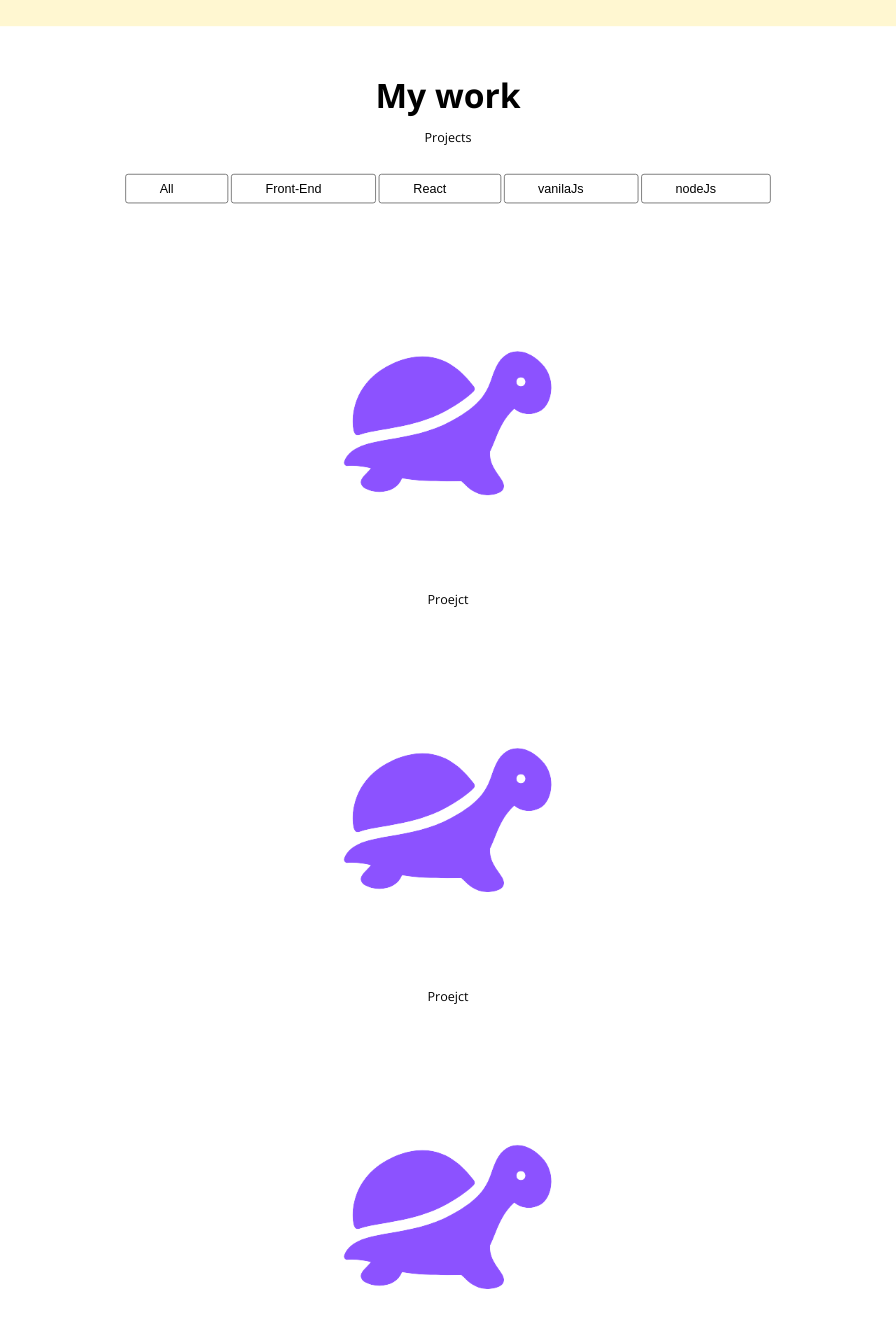
Repository: DevMinwoo-Jung/MinwooPortfolio
Page: index.html
An editor plug-in stored every save of this project. The page is shown before and after the next save, followed by the edit.
The browser window is 1280 px wide. The pictures show the part of the page from y = 4028 to 5948 px (the page is 8073 px tall before and 6939 px after), at 70% of full size.

Above is the page before, as saved 2021-05-31 15:23:52.

After the next save:
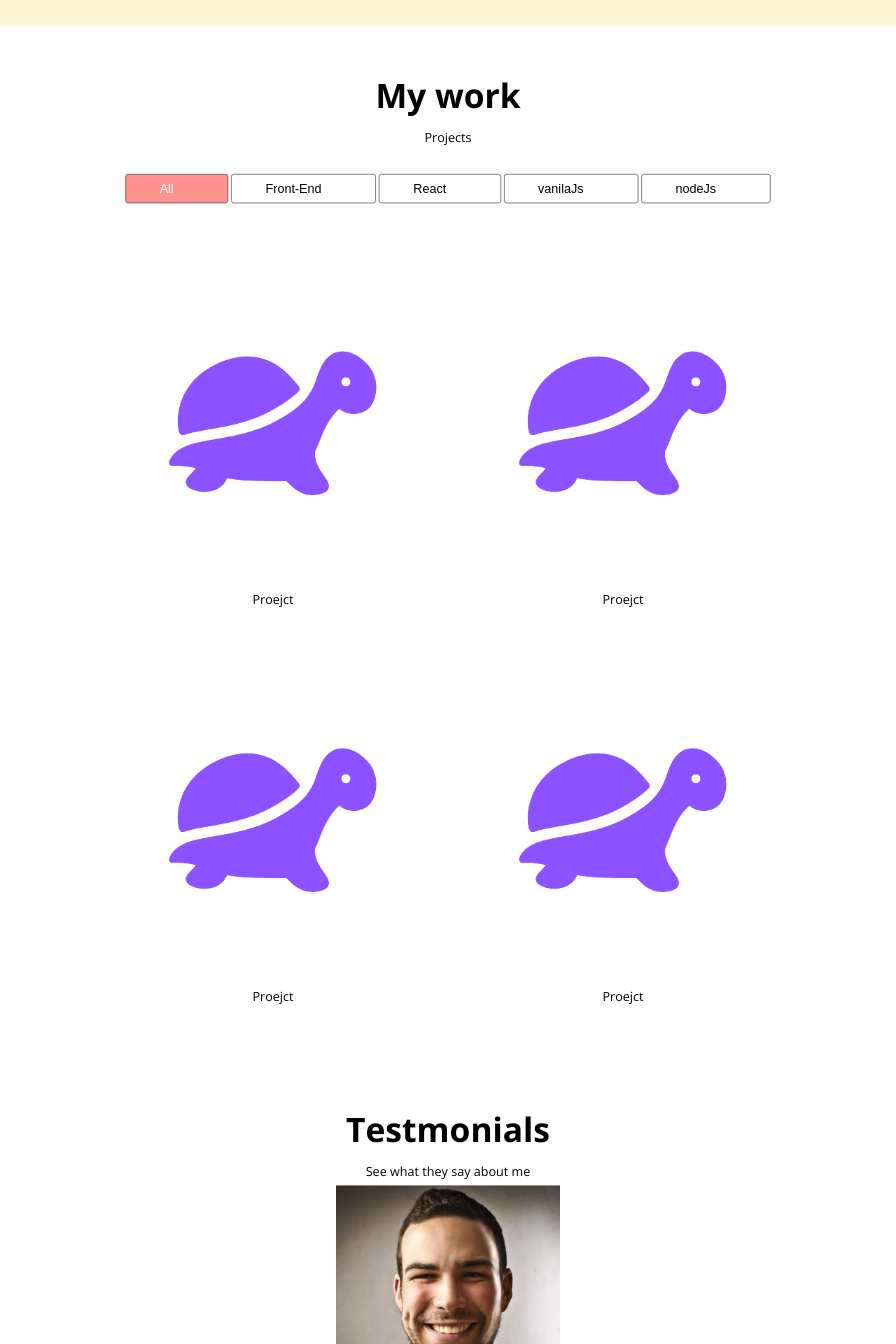
Saved 27 s later.
--- a/index.html
+++ b/index.html
@@ -176,13 +176,13 @@
     <h1>My work</h1>
     <h3>Projects</h3>
     <div class="work__categories">
-      <button class="category__btn">All <span class="category__count">8</span></button>
+      <button class="category__btn active">All <span class="category__count">8</span></button>
       <button class="category__btn">Front-End <span class="category__count">3</span></button>
       <button class="category__btn">React <span class="category__count">2</span></button>
       <button class="category__btn">vanilaJs <span class="category__count">2</span></button>
       <button class="category__btn">nodeJs <span class="category__count">1</span></button>
     </div>
-    <div class="wrok__projects">
+    <div class="work__projects">
       <a href="mygithub" class="project__img" target="blank" data-type="back-end">
       <img src="imgs/favicon.png" alt="project1">
       <!-- 이미지 추후에 넣자 -->
